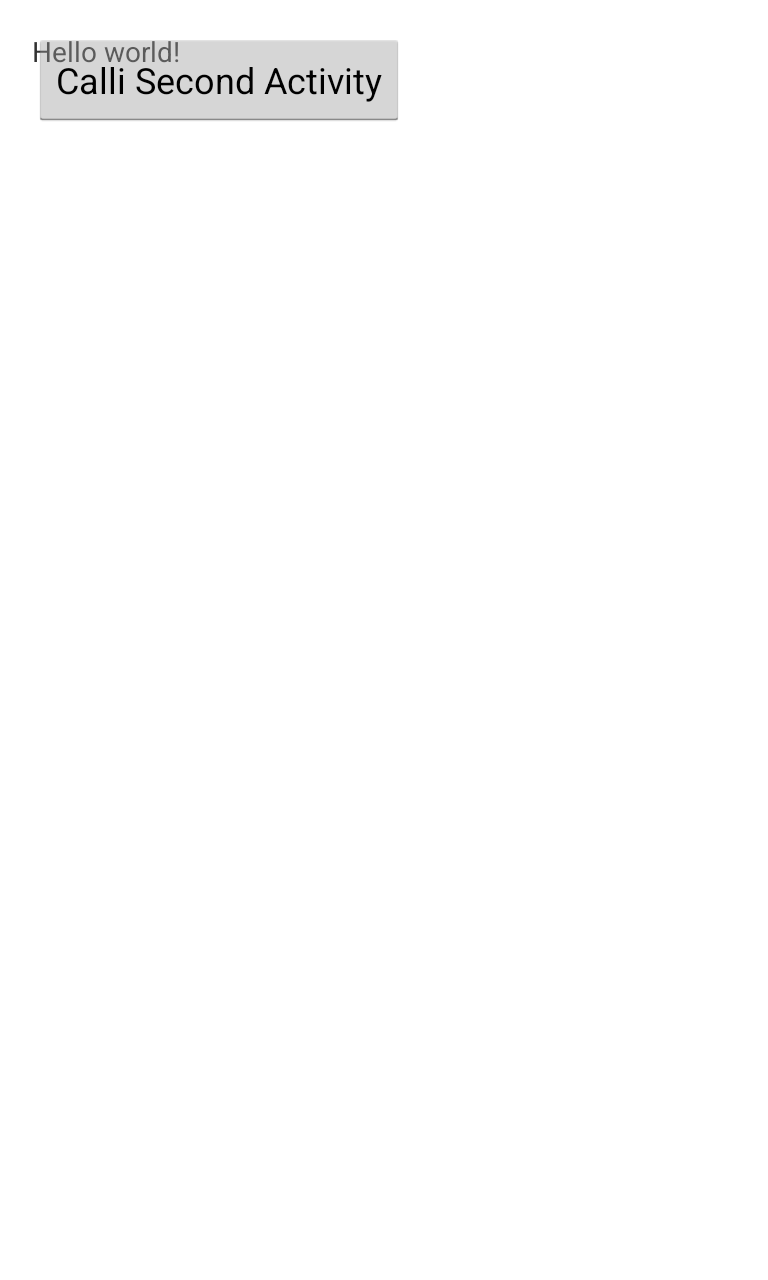
Repository: khaidzir/IF3111-T1-Lifecycle
Layout: Android Life Cycle/LifeCycle/res/layout/activity_main.xml
An editor plug-in stored every save of this project. The layout is shown before and after the next save, followed by the edit.
It is drawn on a 768 x 1280 px phone screen (xhdpi) without system bars, with theme AppTheme; the app's code is not run.

Above is the layout before, as saved 2015-02-08 03:05:15.

After the next save:
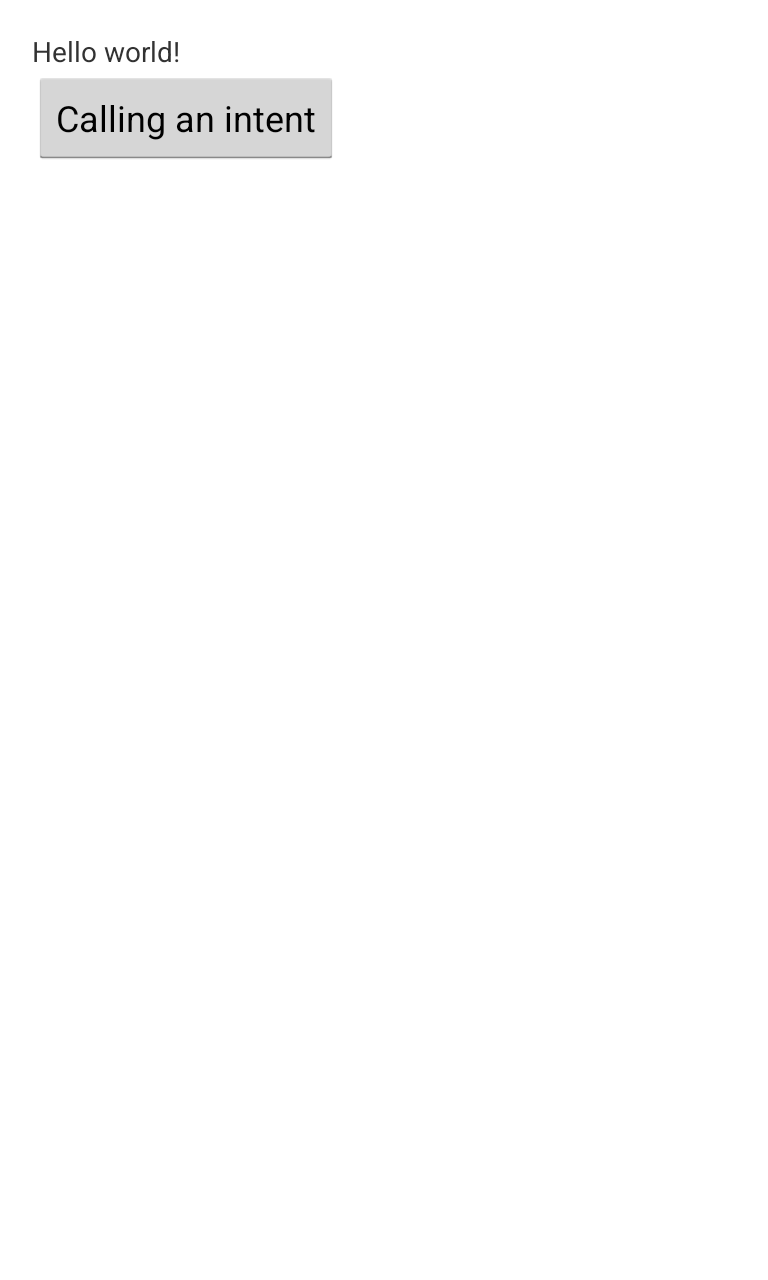
Saved 47 s later.
--- a/Android Life Cycle/LifeCycle/res/layout/activity_main.xml
+++ b/Android Life Cycle/LifeCycle/res/layout/activity_main.xml
@@ -9,6 +9,7 @@
     tools:context="com.vogella.android.lifecycle.activity.MainActivity" >
 
     <TextView
+        android:id="@+id/hello"
         android:layout_width="wrap_content"
         android:layout_height="wrap_content"
         android:text="@string/hello_world" />
@@ -17,7 +18,8 @@
         android:id="@+id/startintent"
         android:layout_width="wrap_content"
         android:layout_height="wrap_content"
+        android:layout_below="@+id/hello"
         android:onClick="onClick"
-        android:text="Calli Second Activity" />
+        android:text="Calling an intent" />
 
 </RelativeLayout>
